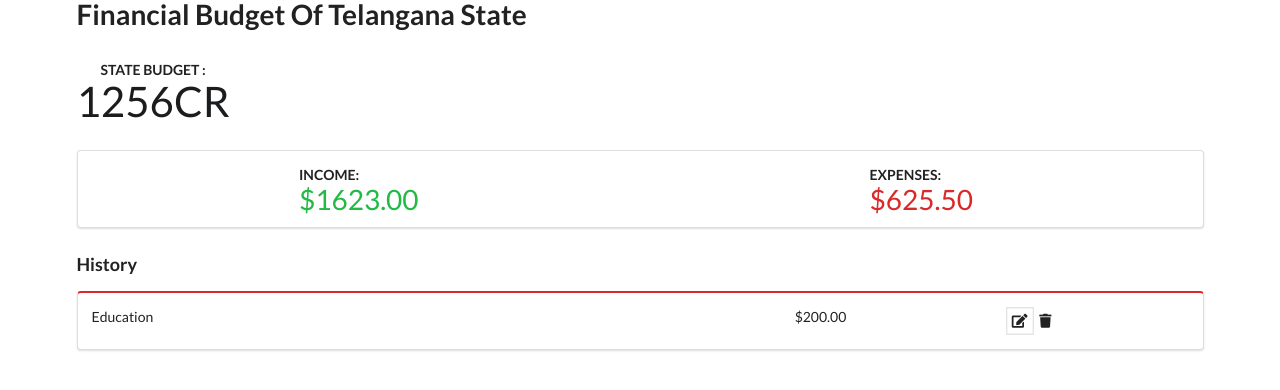
Repository: akHil07090709/advanced-react
Page: /
These files come from the project's save history. The page is drawn as it stood at one moment and after the next save; the edit follows.
The browser window is 1280 px wide. The pictures show the whole page.
The project was rebuilt for these pictures with package versions that can differ from the ones it lists, and the page was loaded fresh each time. Also part of the build but not shown: src/App.css.

Above is the page before, as saved 2021-05-25 07:43:42.

After the next save:
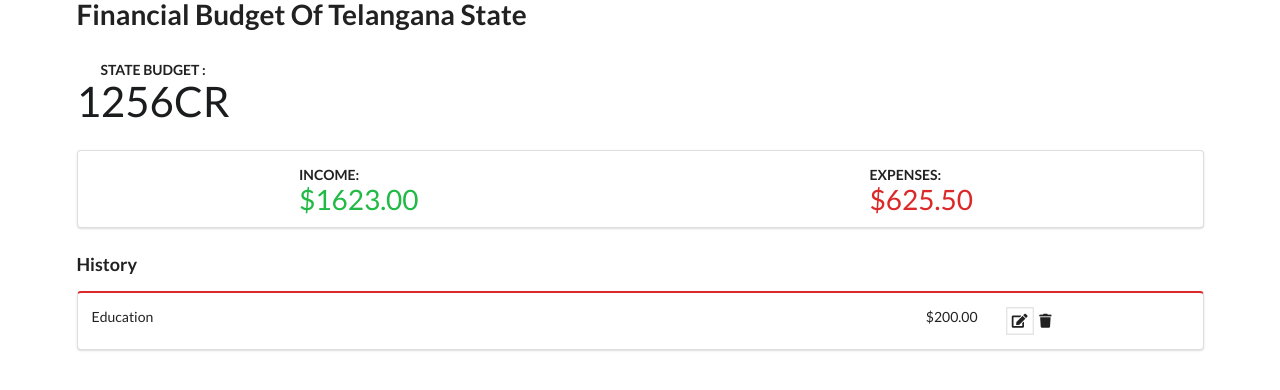
Saved 35 s later.
--- a/src/App.js
+++ b/src/App.js
@@ -44,7 +44,9 @@
         <Grid columns={3}>
           <Grid.Row>
             <Grid.Column width={10}>Education</Grid.Column>
-            <Grid.Column width={3}>$200.00</Grid.Column>
+            <Grid.Column width={3} textAlign="right">
+              $200.00
+            </Grid.Column>
             <Grid.Column width={3}>
               <Icon name="edit" bordered />
               <Icon name="trash" />
